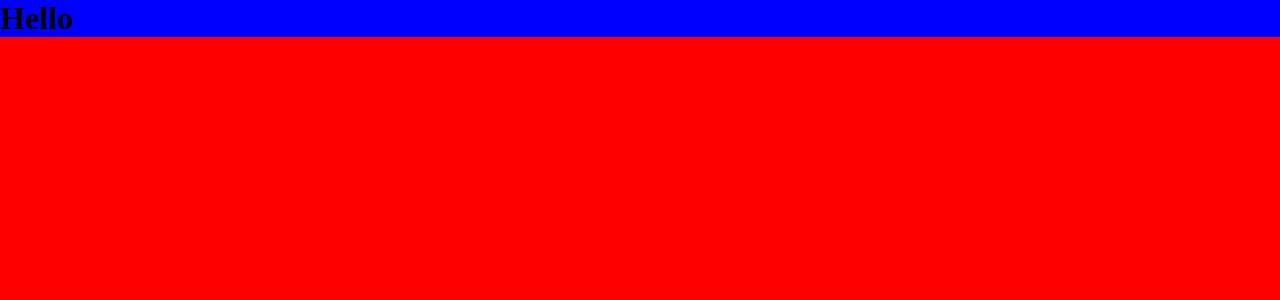
Repository: MatheusAlvesPereiraRosa/landing-pages-front
Page: /
An editor plug-in stored every save of this project. The page is shown before and after the next save, followed by the edit.
The browser window is 1280 px wide. The pictures show the whole page.
The project was rebuilt for these pictures with package versions that can differ from the ones it lists, and the page was loaded fresh each time.

Above is the page before, as saved 2023-05-18 16:23:19.

### src/index.js
import React from "react";
import ReactDOM from "react-dom/client";
import { ThemeProvider } from "styled-components";

import Home from "./templates/App";
import { GlobalStyles } from "./styles/global-styles";
import { theme } from "./styles/theme";

const root = ReactDOM.createRoot(document.getElementById("root"));
root.render(
  <React.StrictMode>
    <ThemeProvider theme={theme}>
      <GlobalStyles />
      <Home />
    </ThemeProvider>
  </React.StrictMode>
);

### src/templates/App/index.jsx
import * as Styled from "./styles"

function Home() {
  return (
    <div className="App">
      <Styled.Wrapper>
        <h1>Hello</h1>
      </Styled.Wrapper>
    </div>
  );
}

export default Home;

### src/styles/global-styles.js
import { createGlobalStyle, css } from "styled-components";

export const GlobalStyles = createGlobalStyle`
  * {
    margin: 0;
    padding: 0;
  }

  body {
    ${({theme}) => css`
      background: ${theme.colors.mainBg};
    `}
  } ;
`

### src/styles/theme.js
export const theme = {
  colors: {
    mainBg: "red",
    secondaryBg: "blue"
  },
  fonts: {},
};

### src/templates/App/styles.js
import { styled, css } from "styled-components";

export const Wrapper = styled.div`
  ${({theme}) => css`
    background: ${theme.colors.secondaryBg}
  `}
`;

### src/components/Heading/index.jsx
import * as Styled from "./styles";

export const Heading = ({ children }) => {
  return <Styled.Title>{children}</Styled.Title>
}

### src/components/Heading/styles.js
import styled, { css } from 'styled-components'

export const Title = styled.h1`
  ${({theme}) => css`
    color: ${theme.colors.mainBg}
  `}
`

Loaded but not shown: public/index.html (common file)

After the next save:
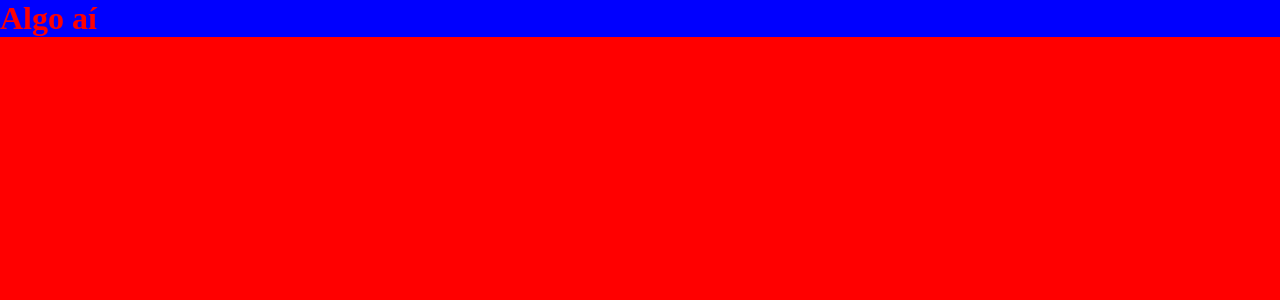
Saved 60 s later.
--- a/src/templates/App/index.jsx
+++ b/src/templates/App/index.jsx
@@ -1,10 +1,11 @@
+import { Heading } from "../../components/Heading";
 import * as Styled from "./styles"
 
 function Home() {
   return (
     <div className="App">
       <Styled.Wrapper>
-        <h1>Hello</h1>
+        <Heading>Algo aí</Heading>
       </Styled.Wrapper>
     </div>
   );
